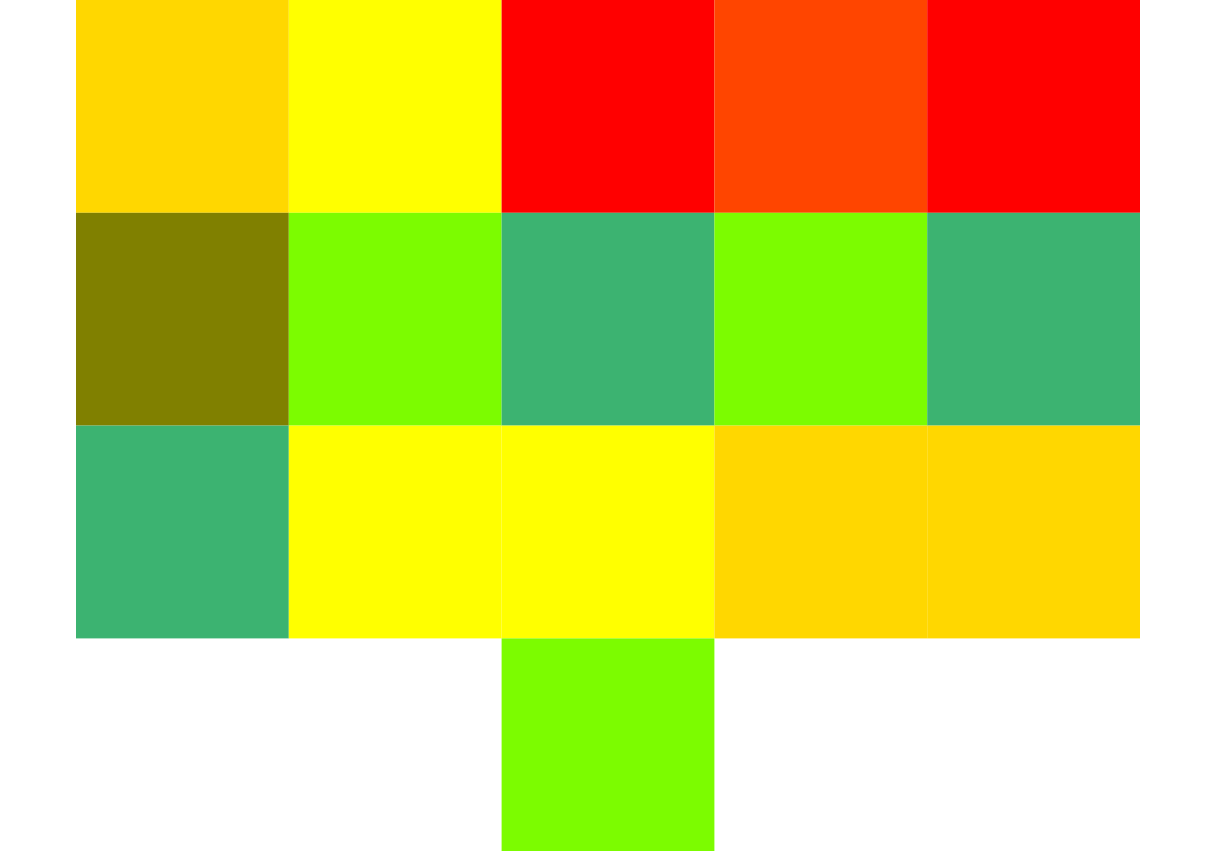
Repository: zhapar/color-boxes
Page: /
The author's editor kept a copy of each file at every save. The page is drawn from the files as they stood at one save, then again after the next save.
The browser window is 1280 px wide. The pictures show the whole page, at 95% of full size.
The project was rebuilt for these pictures with package versions that can differ from the ones it lists, and the page was loaded fresh each time.

Above is the page before, as saved 2020-08-22 22:36:50.

### src/App.js
import React from "react";
import BoxContainer from "./BoxContainer";
import "./App.css";

function App() {
  return (
    <div className="App">
      <BoxContainer />
    </div>
  );
}

export default App;

### src/BoxContainer.js
import React, { Component } from "react";
import Box from "./Box";
import "./BoxContainer.css";

class BoxContainer extends Component {
  static defaultProps = {
    colors: [
      "gold",
      "yellow",
      "orangered",
      "red",
      "lawngreen",
      "mediumseagreen",
      "olive",
    ],
    numBox: 16,
  };
  render() {
    const boxes = Array.from({ length: this.props.numBox }).map(() => (
      <Box colors={this.props.colors} />
    ));
    return <div className="BoxContainer">{boxes}</div>;
  }
}

export default BoxContainer;

### src/Box.js
import React, { Component } from "react";
import "./Box.css";
import { choice } from "./helpers";

class Box extends Component {
  constructor(props) {
    super(props);
    this.state = {
      color: choice(this.props.colors),
    };
    this.handleClick = this.handleClick.bind(this);
  }

  change() {
    let newColor;
    do {
      newColor = choice(this.props.colors);
    } while (newColor === this.state.color);

    this.setState({ color: newColor });
  }

  handleClick() {
    this.change();
  }
  render() {
    return (
      <div
        className="Box"
        style={{ backgroundColor: this.state.color }}
        onClick={this.handleClick}
      ></div>
    );
  }
}

export default Box;

### src/BoxContainer.css
.BoxContainer {
  display: flex;
  flex-flow: wrap;
  justify-content: center;
  align-items: center;
}

### src/Box.css
.Box {
  width: 14rem;
  height: 14rem;
}

### src/helpers.js
function choice(arr) {
  const idx = Math.floor(Math.random() * arr.length);
  return arr[idx];
}

export { choice };

Loaded but not shown: public/index.html (common file); src/index.js (common file); src/index.css (common file); src/serviceWorker.js (common file); src/App.css (common file)

After the next save:
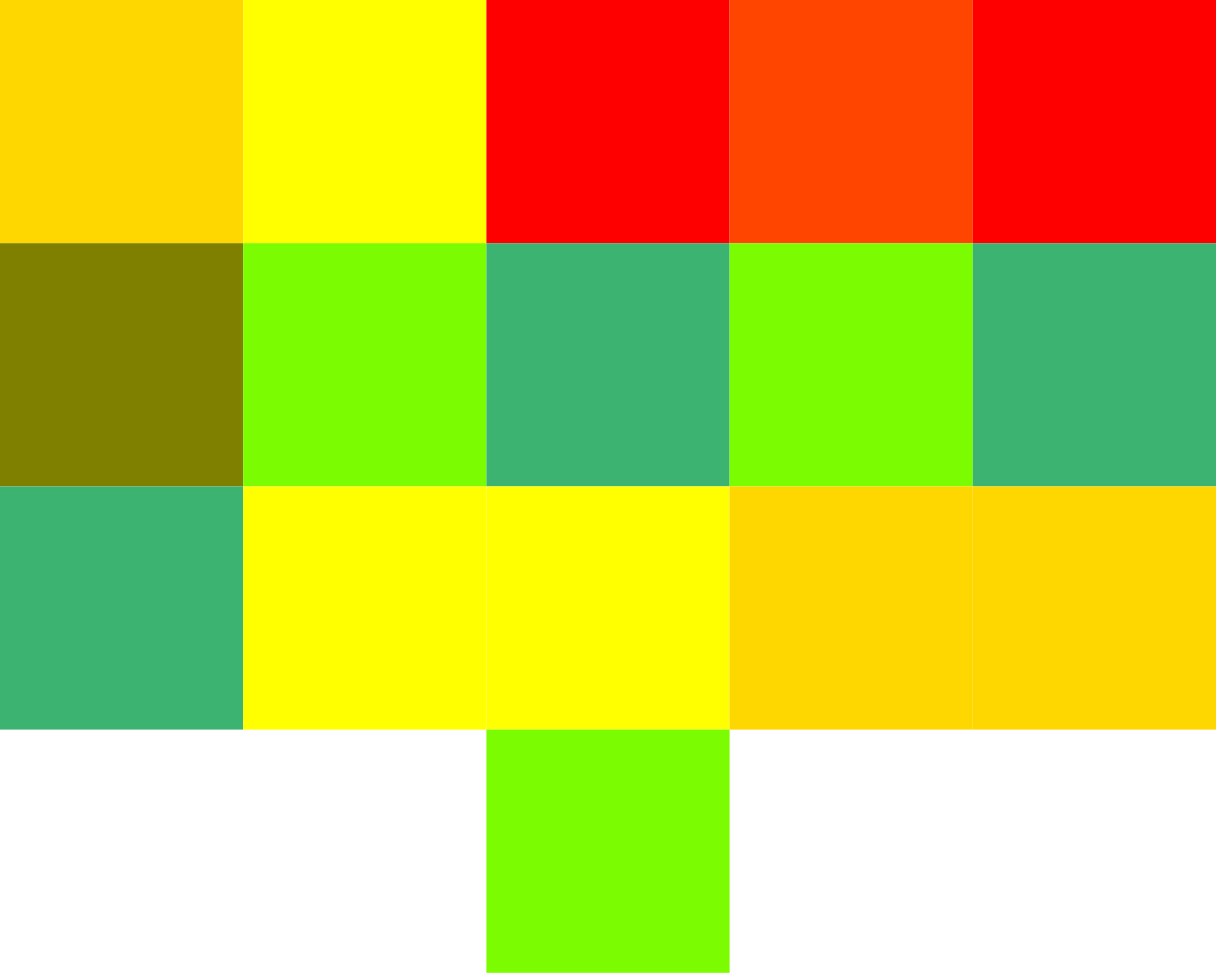
Saved 5 s later.
--- a/src/Box.css
+++ b/src/Box.css
@@ -1,4 +1,4 @@
 .Box {
-  width: 14rem;
-  height: 14rem;
+  width: 16rem;
+  height: 16rem;
 }
